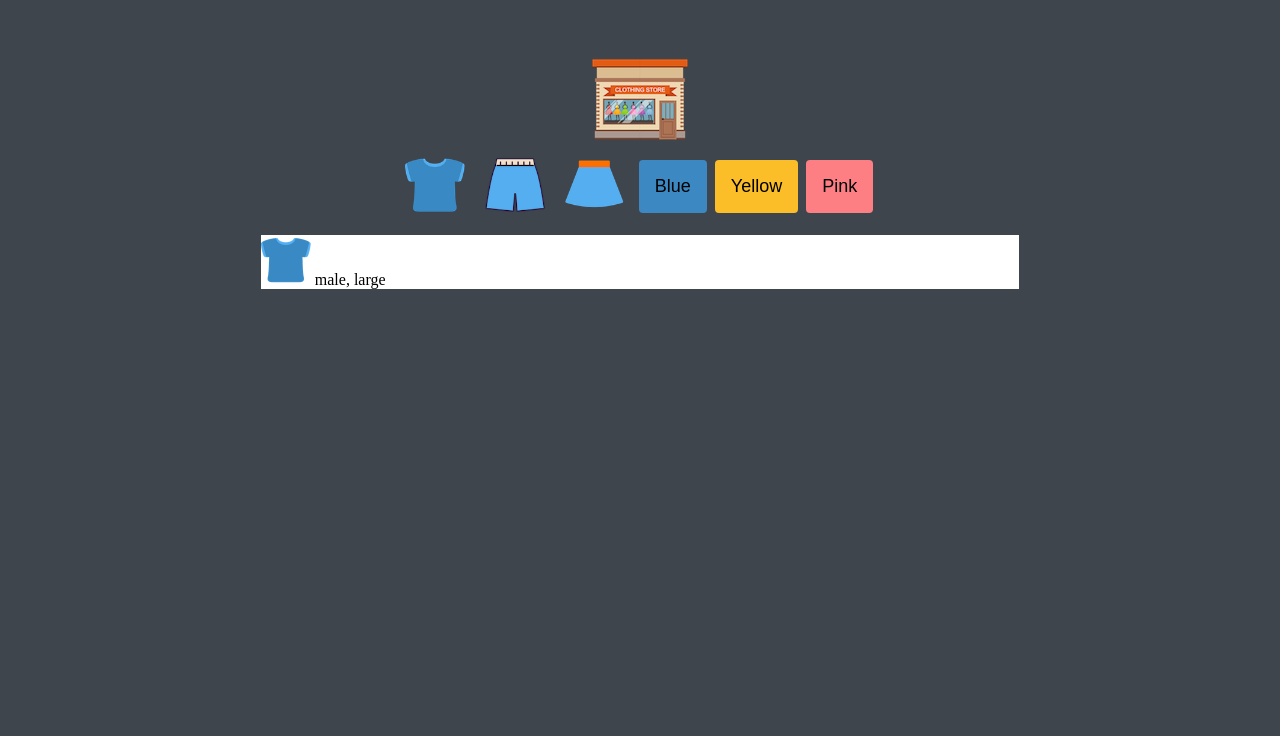
Repository: GoodHoneyCake/Dream_Coding_Academy1
Page: index.html
These files come from the project's save history. The page is drawn as it stood at one moment and after the next save; the edit follows.
The browser window is 1280 px wide. The pictures show the whole page.

Above is the page before, as saved 2021-01-06 16:33:43.

### index.html
<!DOCTYPE html>
<html lang="en">
  <head>
    <meta charset="UTF-8" />
    <meta name="viewport" content="width=device-width, initial-scale=1.0" />
    <title>Online Shopping</title>
    <link rel="stylesheet" href="style.css" />
    <script src="src/main.js" defer></script>
  </head>
  <body>
    <!-- Logo -->
    <img src="img/logo.png" alt="Logo" class="logo" />
    <!-- Buttons -->
    <section class="buttons">
      <button class="btn">
        <img src="img/blue_t.png" alt="tshirt" class="imgBtn" />
      </button>
      <button class="btn">
        <img src="img/blue_p.png" alt="pants" class="imgBtn" />
      </button>
      <button class="btn">
        <img src="img/blue_s.png" alt="skirt" class="imgBtn" />
      </button>
      <button class="btn colorBtn blue">Blue</button>
      <button class="btn colorBtn yellow">Yellow</button>
      <button class="btn colorBtn pink">Pink</button>
    </section>
    <!-- Items -->
    <ul class="items">
      <li class="item">
        <img src="img/blue_t.png" alt="tshirt" class="item__thumbnail" />
        <span class="item__description">male, large</span>
      </li>
    </ul>
  </body>
</html>

### style.css
:root {
  /* color */
  --color-black: #3f454d;
  --color-white: #ffffff;
  --color-blue: #3b88c3;
  --color-yellow: #fbbe28;
  --color-pink: #fd7f84;
  --color-light-grey: #dfdfdf;

  /* size */
  --base-space: 8px;
  --size-button: 60px;
  --size-border: 4px;
  --size-thumbnail: 50px;
  --button-font-size: 18px;

  /* animation */
  --animation-duration: 300ms;
}

* {
  box-sizing: border-box;
}

body {
  height: 100vh;
  background-color: var(--color-black);
  display: flex;
  flex-direction: column;
  justify-content: center;
  align-items: center;
}

.logo {
  cursor: pointer;
  transition: transform var(--animation-duration) ease;
}

.btn {
  background-color: transparent;
  border: none;
  outline: none;
  cursor: pointer;
  transition: transform var(--animation-duration) ease;
  margin-right: var(--base-space);
}

.logo:hover,
.btn:hover {
  transform: scale(1.1);
}

.buttons {
  display: flex;
  align-items: center;
}

.imgBtn {
  width: var(--size-button);
  height: var(--size-button);
}

.colorBtn {
  font-size: var(--button-font-size);
  padding: calc(var(--base-space) * 2);
  border-radius: var(--size-border);
}

.blue {
  background-color: var(--color-blue);
}
.yellow {
  background-color: var(--color-yellow);
}
.pink {
  background-color: var(--color-pink);
}

.items {
  width: 60%;
  height: 60%;
  list-style: none;
  padding-left: 0;
}

.item {
  background-color: var(--color-white);
}

.item__thumbnail {
  width: var(--size-thumbnail);
  height: var(--size-thumbnail);
}

Loaded but not shown: src/main.js (no stored copy; drawn as an empty file)

After the next save:
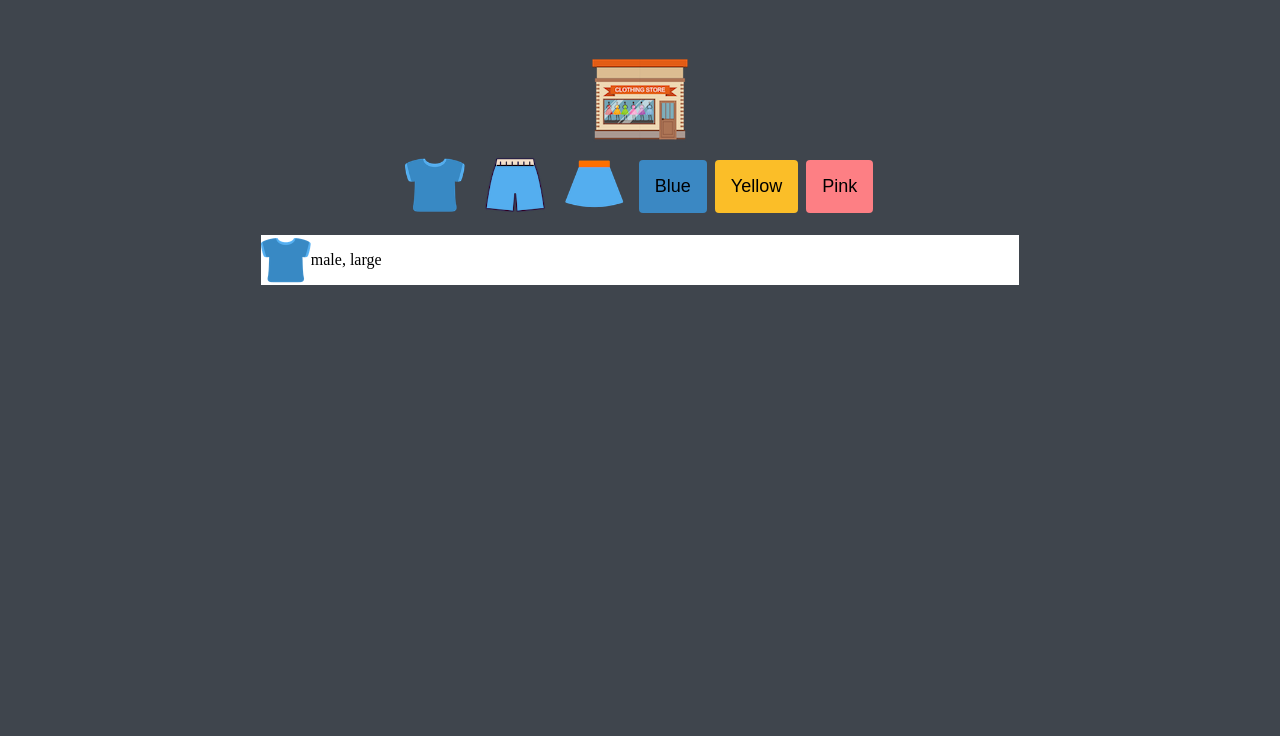
Saved 44 s later.
--- a/style.css
+++ b/style.css
@@ -85,6 +85,8 @@ body {
 
 .item {
   background-color: var(--color-white);
+  display: flex;
+  align-items: center;
 }
 
 .item__thumbnail {
